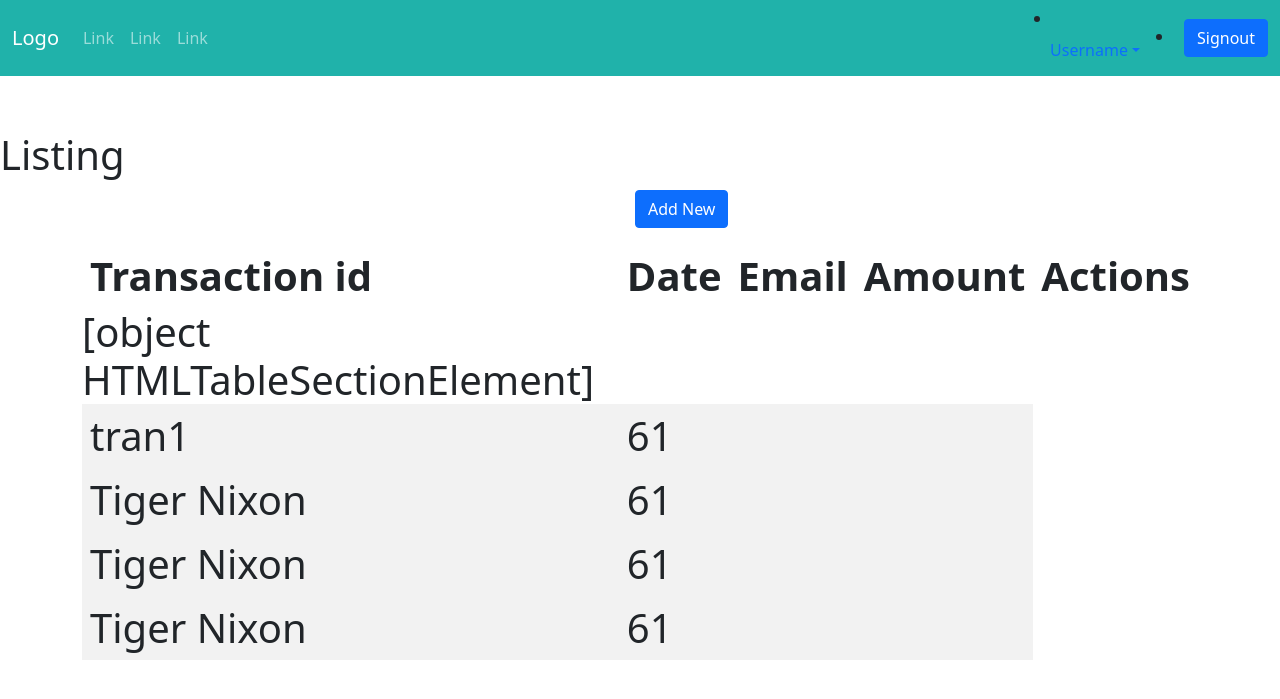
Repository: Sadia-Naveed-Shaikh/JavaScript-Website
Page: src/Listing.html
The author's editor kept a copy of each file at every save. The page is drawn from the files as they stood at one save, then again after the next save.
The browser window is 1280 px wide. The pictures show the whole page.
Some web libraries are served in a nearby version.

Above is the page before, as saved 2021-10-28 16:52:18.

### src/Listing.html
<!DOCTYPE html>

<html>

<head>
    <title>Listing</title>
    <meta charset="utf-8">
    <meta name="viewport" content="width=device-width, initial-scale=1">
    <link href="https://cdn.jsdelivr.net/npm/bootstrap@5.1.1/dist/css/bootstrap.min.css" rel="stylesheet">
    <script src="https://cdn.jsdelivr.net/npm/bootstrap@5.1.1/dist/js/bootstrap.bundle.min.js"></script>
    <script src="https://kit.fontawesome.com/2246d8fd03.js" crossorigin="anonymous"></script>
</head>


<body>

    <nav class="navbar navbar-expand-sm  navbar-dark fixed-top" style="background-color: #20b2aa">
        <div class="container-fluid" style="background-color: #20b2aa; height:60px">
            <a class="navbar-brand" href="#">Logo</a>
            <button class="navbar-toggler" type="button" data-bs-toggle="collapse" data-bs-target="#collapsibleNavbar">
                <span class="navbar-toggler-icon"></span>
            </button>
            <div class="collapse navbar-collapse" id="collapsibleNavbar">
                <ul class="navbar-nav">
                    <li class="nav-item">
                        <a class="nav-link" href="#">Link</a>
                    </li>
                    <li class="nav-item">
                        <a class="nav-link" href="#">Link</a>
                    </li>
                    <li class="nav-item">
                        <a class="nav-link" href="#">Link</a>
                    </li>

                </ul>

            </div>
            <!-- <form class="d-flex">
            <input class="form-control me-2" type="text" placeholder="Search">
            <button class="btn btn-primary" type="button">Search</button>
        </form> -->

            <!-- Button to Open the Modal -->
            <li class="nav-item dropdown">
                <a class="nav-link dropdown-toggle" href="#" role="button" data-bs-toggle="dropdown">Username</a>
                <ul class="dropdown-menu">
                    <li><a class="dropdown-item" href="#">Settings</a></li>
                    <li><a class="dropdown-item" href="#">Change Password</a></li>
                </ul>
            <li class="nav-item dropdown">
                <button type="button" class="btn btn-primary" style="margin-left: 5px">
                    Signout
                </button>
        </div>
    </nav>
    <div style="margin-top: 90px;">


        <h1>
            Listing
            <button type="button" class="btn btn-primary" data-bs-toggle="modal" data-bs-target="#myModal"
                style="margin-left: 500px; margin-top: 100px;">
                Add New
            </button>

            <div class="modal fade" id="myModal">
                <div class="modal-dialog modal-dialog-centered  modal-dialog-scrollable">
                    <div class="modal-content">

                        <!-- Modal Header -->
                        <div class="modal-header">
                            <h4 class="modal-title">Login</h4>
                            <button type="button" class="btn-close" data-bs-dismiss="modal"></button>
                        </div>

                        <!-- Modal body -->
                        <div class="modal-body">

                            <form action="/action_page.php" class="was-validated">
                                <div class="mb-3 mt-3">
                                    <label for="uname" class="form-label">Username:</label>
                                    <input type="text" class="form-control" id="uname" placeholder="Enter username"
                                        name="uname" required>
                                    <div class="valid-feedback">Valid.</div>
                                    <div class="invalid-feedback">Please fill out this field.</div>
                                </div>
                                <div class="mb-3">
                                    <label for="pwd" class="form-label">Password:</label>
                                    <input type="password" class="form-control" id="pwd" placeholder="Enter password"
                                        name="pswd" required>
                                    <div class="valid-feedback">Valid.</div>
                                    <div class="invalid-feedback">Please fill out this field.</div>
                                </div>
                                <div class="form-check mb-3">
                                    <input class="form-check-input" type="checkbox" id="myCheck" name="remember"
                                        required>
                                    <label class="form-check-label" for="myCheck">I agree on blabla.</label>
                                    <div class="valid-feedback">Valid.</div>
                                    <div class="invalid-feedback">Check this checkbox to continue.</div>
                                </div>
                                <div class="form-check mb-3">
                                    <label class="form-check-label">
                                        <input class="form-check-input" type="checkbox" name="remember"> Remember me
                                    </label>
                                </div>
                                <div class="form-check">
                                    <input type="radio" class="form-check-input" id="radio1" name="optradio"
                                        value="option1" checked>Option 1
                                    <label class="form-check-label" for="radio1"></label>
                                </div>
                                <div class="form-check">
                                    <input type="radio" class="form-check-input" id="radio2" name="optradio"
                                        value="option2">Option
                                    2
                                    <label class="form-check-label" for="radio2"></label>
                                </div>
                                <div class="form-check">
                                    <input type="radio" class="form-check-input" disabled>Option 3
                                    <label class="form-check-label"></label>
                                </div>
                                <button type="submit" class="btn btn-primary">Submit</button>
                            </form>

                        </div>

                        <!-- Modal footer -->
                        <div class="modal-footer">
                            <button type="button" class="btn btn-danger" data-bs-dismiss="modal">Close</button>
                        </div>

                    </div>
                </div>
            </div>

            <div class="container mt-3">
                <table class="table  table-striped table-hover  table-borderless">
                    <thead>
                        <tr>
                            <th>Transaction id</th>
                            <th>Date</th>
                            <th>Email</th>
                            <th>Amount</th>
                            <th>Actions</th>
                        </tr>
                    </thead>
                    <tbody id='tableContents'>
                    </tbody>
                </table>
</div>
            </div>
            <script>
                var record;
                var myObj;
                var xhr = new XMLHttpRequest();
                xhr.open("GET", "transaction.json", true);
                xhr.onload = function () {
                    record = xhr.responseText;
                    myObj = JSON.parse(record);
                    var table = document.getElementById('tableContents');
                    for (let i = 0; i < myObj.length; i++) {
                        tableContents += '<tr><td>' + myObj[i].tran_id + '</td><td>' + myObj[i].date + '</td><td>' + myObj[i].email + '</td><td>' + myObj[i].amount + '</td><tr>';
                    }
                    table.innerHTML = tableContents;
                };
                xhr.send();

            </script>

    </div>
    </h1>
</body>


</html>

### src/transaction.json
[
    {
        "id": 1,
        "tran_id": "tran1",
        "name": "xyz",
        "email": "",
        "date": 61,
        "amount": "",
        "currency": "",
        "key8": "",
        "key9": "",
        "key10": "",
        "key11": "",
        "key12":"",
        "key13":"",
        "key14":"",
        "key15":""
    },
    {
        "id": 1,
        "tran_id": "Tiger Nixon",
        "name": 320800,
        "email": "",
        "date": 61,
        "amount": "",
        "currency": "",
        "key8": "",
        "key9": "",
        "key10": "",
        "key11": "",
        "key12": "",
        "key13": "",
        "key14": "",
        "key15": ""
    },
    {
        "id": 1,
        "tran_id": "Tiger Nixon",
        "name": 320800,
        "email": "",
        "date": 61,
        "amount": "",
        "currency": "",
        "key8": "",
        "key9": "",
        "key10": "",
        "key11": "",
        "key12": "",
        "key13": "",
        "key14": "",
        "key15": ""
    },
    {
        "id": 1,
        "tran_id": "Tiger Nixon",
        "name": 320800,
        "email": "",
        "date": 61,
        "amount": "",
        "currency": "",
        "key8": "",
        "key9": "",
        "key10": "",
        "key11": "",
        "key12": "",
        "key13": "",
        "key14": "",
        "key15": ""
    }
]

After the next save:
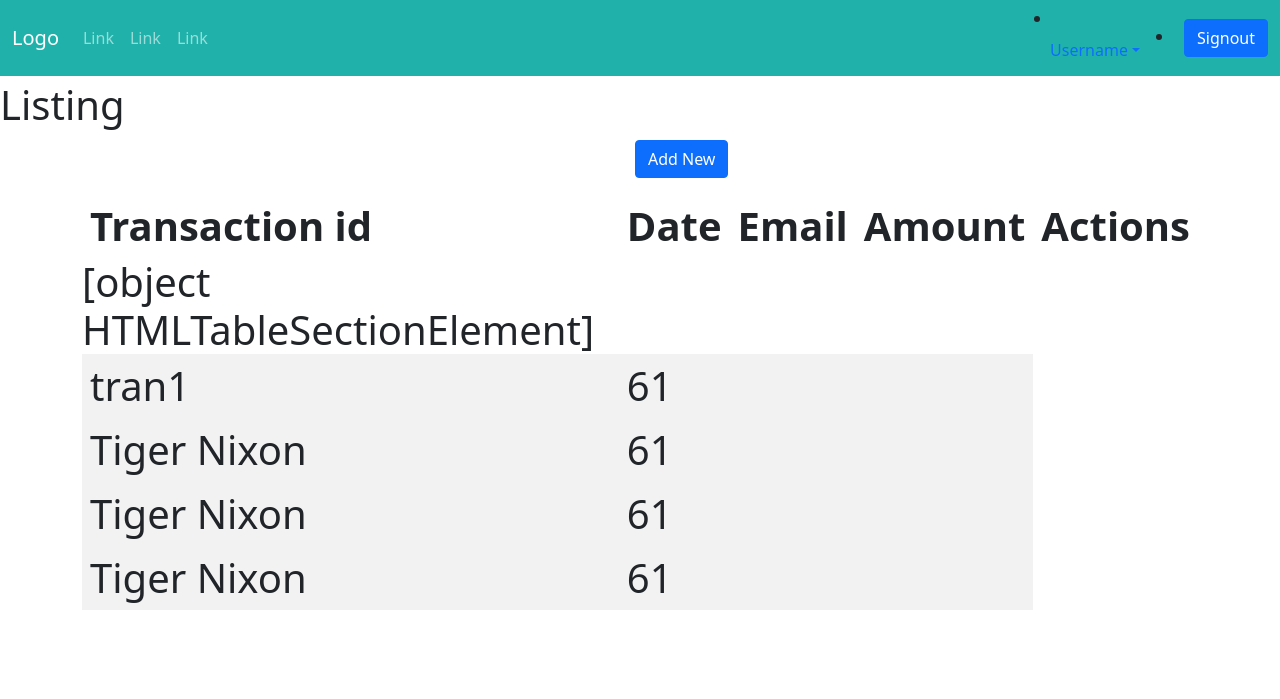
Saved 4 s later.
--- a/src/Listing.html
+++ b/src/Listing.html
@@ -53,7 +53,7 @@
                 </button>
         </div>
     </nav>
-    <div style="margin-top: 90px;">
+    <div style="margin-top: 40px;">
 
 
         <h1>
